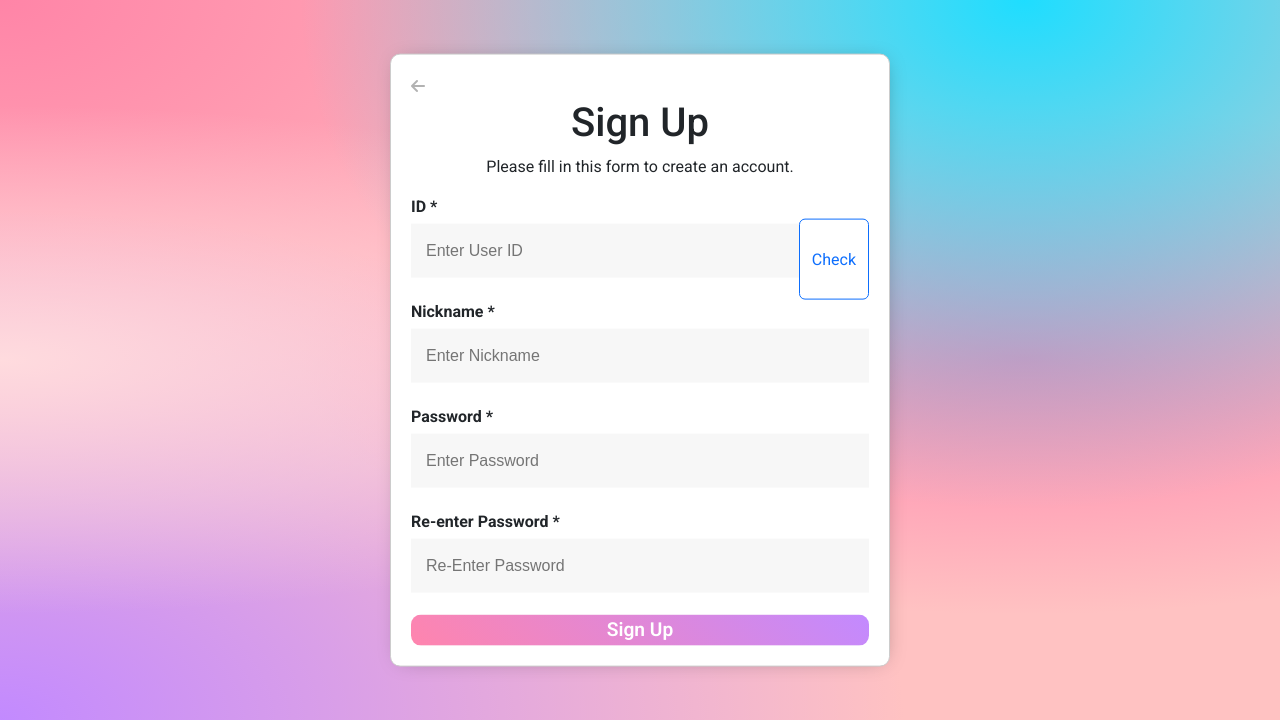
Repository: Jae-yi/JSPMybatis
Page: http://localhost/JspMybatisSub/WEB-INF/views/page/register.jsp
The author's editor kept a copy of each file at every save. The page is drawn from the files as they stood at one save, then again after the next save.
The browser window is 1280 px wide. The pictures show the whole page.
Some web fonts or font styles are not loaded; a fallback is used. Some web libraries are served in a nearby version. The page is served by Tomcat 9. Nobody is signed in. The template is opened directly, without the code that normally fills it, so the values that code supplies are empty.

Above is the page before, as saved 2023-02-01 11:07:21.

After the next save:
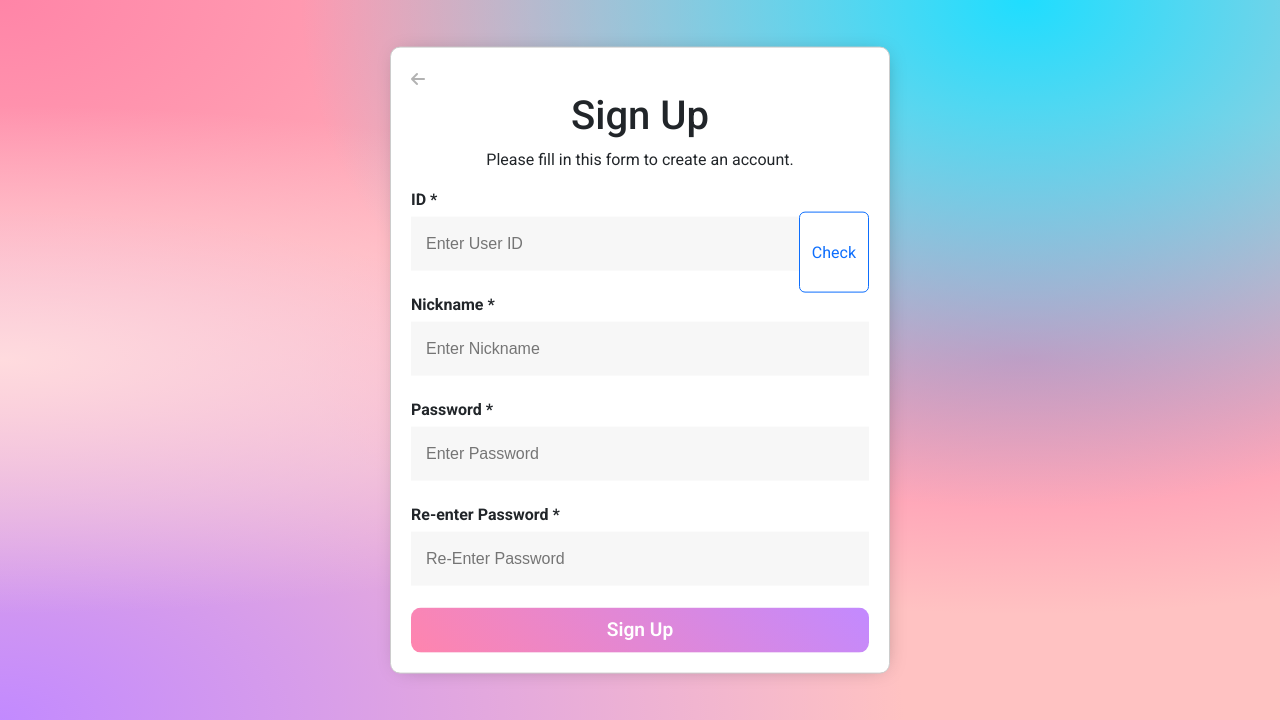
Saved 44 s later.
--- a/JspMybatisSub/src/main/webapp/resources/css/register.css
+++ b/JspMybatisSub/src/main/webapp/resources/css/register.css
@@ -79,6 +79,7 @@ input[type=text]:focus, input[type=password]:focus, input[type=phone]:focus, sel
 
 .submitBtn {
   border: none;
+  padding:0.5rem;
   width: 100%;
   border-radius: 10px;
   font-size: 1.2rem;
